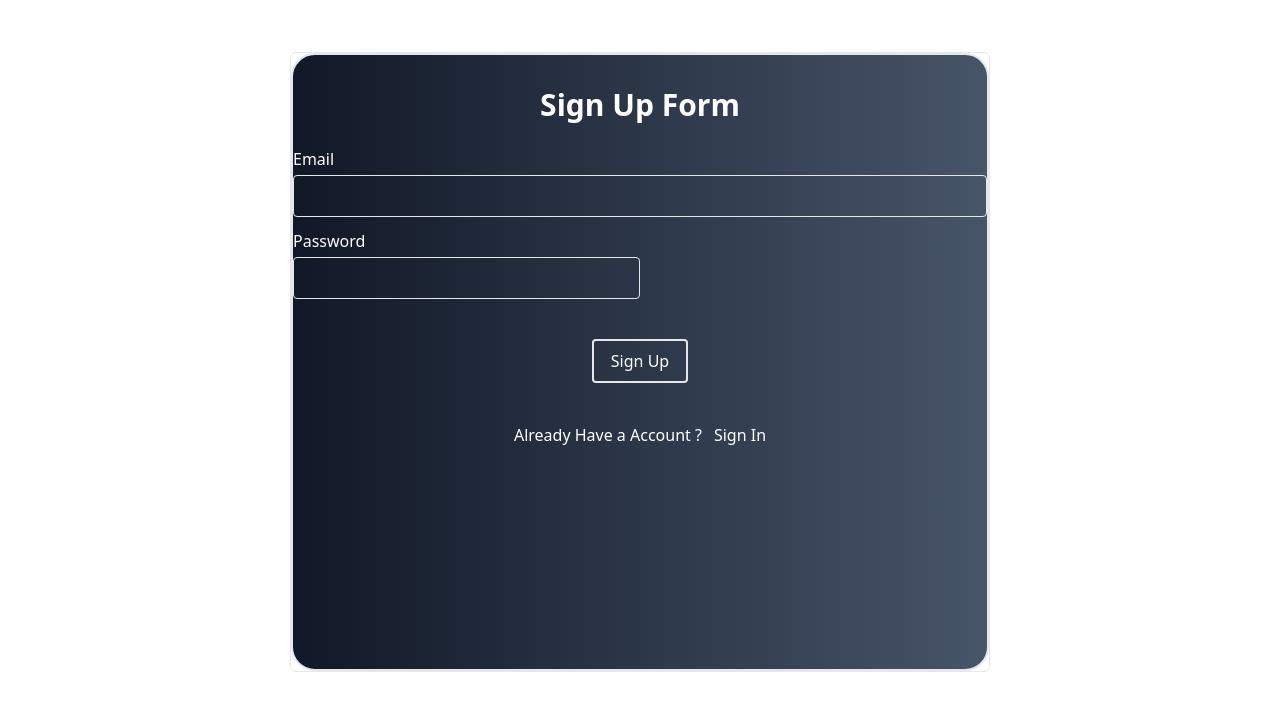
Repository: OmkarTidke8080/Assessment
Page: /sign-in (app in frontend/)
These files come from the project's save history. The page is drawn as it stood at one moment and after a run of saves; the edit follows.
The browser window is 1280 px wide. The pictures show the whole page.
The project was rebuilt for these pictures with package versions that can differ from the ones it lists, and the page was loaded fresh each time. Also part of the build but not shown: frontend/vite.config.js, frontend/src/components/HomePage.jsx, frontend/src/components/SignUp.jsx.

Above is the page before, as saved 2024-10-19 22:17:41.

### frontend/src/App.jsx
import { useEffect, useState } from "react";
import "./App.css";
import LandingPage from "./components/HomePage.jsx";
import SignUp from "./components/SignUp.jsx";
import { BrowserRouter, Routes, Route } from "react-router-dom";
import ScaleLoader from "react-spinners/ScaleLoader";
import SignIn from "./components/SignIn.jsx";

function App() {
  const [isLoading, setIsLoading] = useState(true);

  useEffect(() => {
    const timer = setTimeout(() => {
      setIsLoading(false);
    }, 2000);

    return () => clearTimeout(timer);
  });
  return (
    <>
      {isLoading ? (
        <div
          style={{
            display: "flex",
            justifyContent: "center",
            alignItems: "center",
            height: "100vh",
            backgroundColor: "#fff",
          }}
        >
          {" "}
          <ScaleLoader />
        </div>
      ) : (
        <BrowserRouter>
          <Routes>
            <Route path={"/"} element={<LandingPage />} />
            <Route path={"/sign-up"} element={<SignUp />} />
            <Route path={"/sign-in"} element={<SignIn />} />
          </Routes>
        </BrowserRouter>
      )}
    </>
  );
}

export default App;

### frontend/src/components/SignIn.jsx
import React from 'react'

function SignIn() {
    return (
      <div className="flex justify-center items-center mt-5">
        <div className="flex border  rounded-md h-[620px] w-[700px]">
          <div className="form border-2 rounded-3xl text-white w-full bg-gradient-to-r from-gray-900 to-slate-600 ">
            <div className="form-heading text-center mt-8 mb-6">
              <h1 className="text-3xl font-bold text-white mb-2">
                Sign Up Form
              </h1>
            </div>
            <form>
                <div>
                  <div className="mt-3">
                    <label htmlFor="email" className=" flex mb-1">
                      Email
                    </label>
                    <input
                      type="text"
                      id="email"
                      className="text-black bg-inherit w-full flex border rounded p-2"
                      required
                    />
                  </div>

                  <div className="mt-3 w-1/2">
                    <label htmlFor="username" className=" flex mb-1">
                      Password
                    </label>
                    <input
                      type="text"
                      id="FistName"
                      className="text-black bg-inherit w-full flex border rounded p-2"
                      required
                    />
                  </div>
              </div>

              <div className="sign-up-button m-10">
                <button className="border-2 rounded p-2 w-24 hover:border-green-700 ">
                  Sign Up
                </button>
              </div>
              <div className="AlreadyAccount flex justify-center gap-x-3">
                <h2>Already Have a Account ?</h2>
                <button>Sign In</button>
              </div>
            </form>
          </div>
        </div>
      </div>
    );
}

export default SignIn

Loaded but not shown: frontend/index.html (common file); frontend/src/main.jsx (common file); frontend/src/index.css (common file); frontend/src/App.css (common file); frontend/tailwind.config.js (common file)

After the next 3 saves:
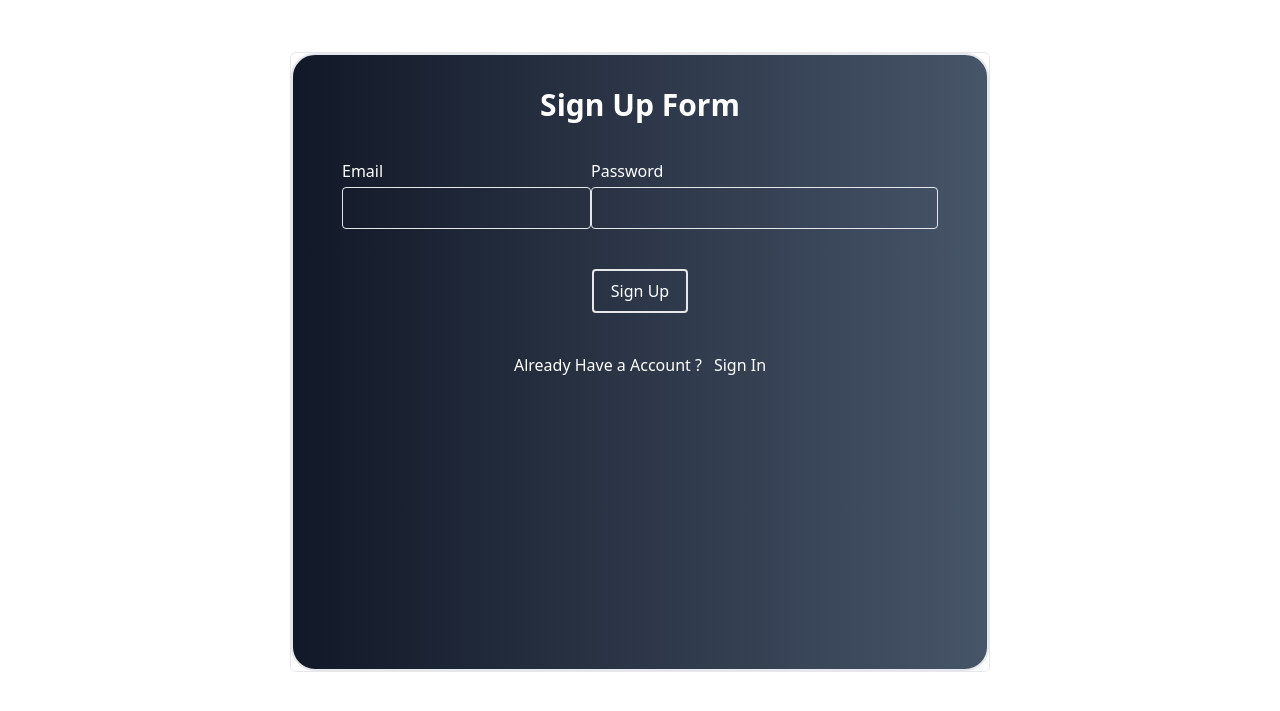
The 3 saves are shown as one change because they came seconds apart.
The last was saved 16 s later.
--- a/frontend/src/components/SignIn.jsx
+++ b/frontend/src/components/SignIn.jsx
@@ -11,7 +11,7 @@
               </h1>
             </div>
             <form>
-                <div>
+                <div className='flex justify-center'>
                   <div className="mt-3">
                     <label htmlFor="email" className=" flex mb-1">
                       Email

After the save that followed:
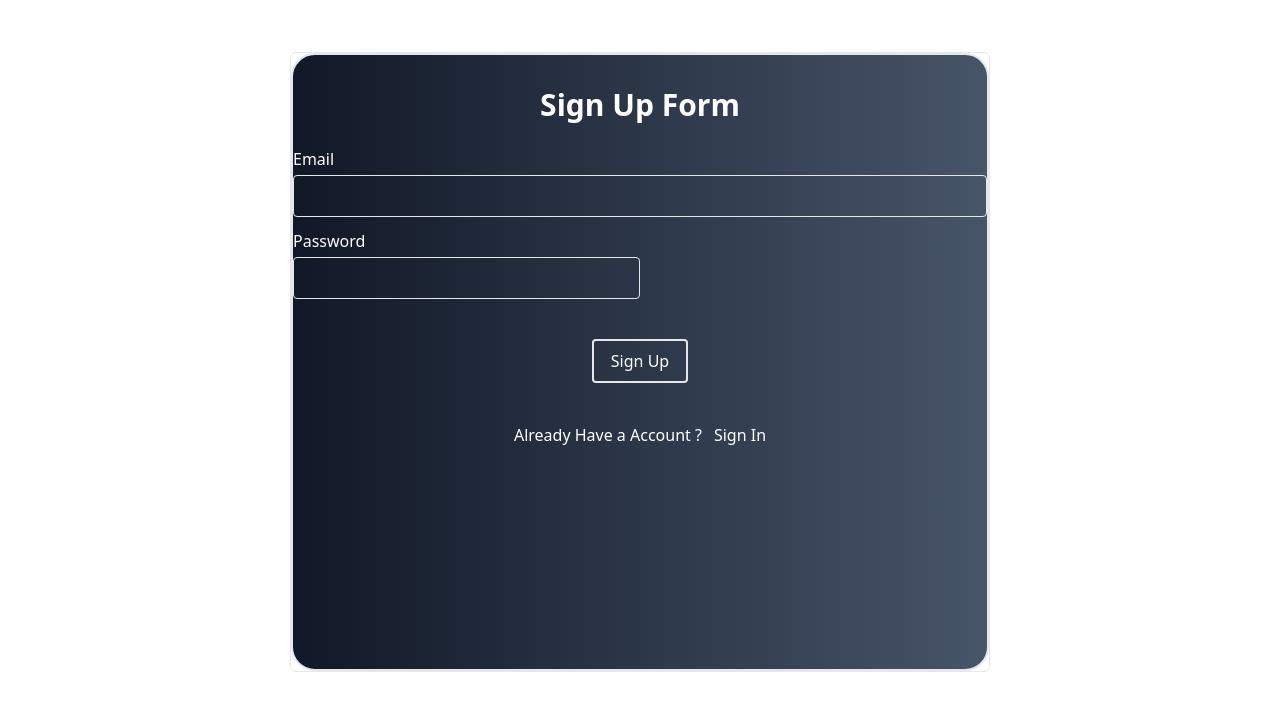
Saved 8 s later.
--- a/frontend/src/components/SignIn.jsx
+++ b/frontend/src/components/SignIn.jsx
@@ -11,7 +11,7 @@
               </h1>
             </div>
             <form>
-                <div className='flex justify-center'>
+                <div>
                   <div className="mt-3">
                     <label htmlFor="email" className=" flex mb-1">
                       Email
